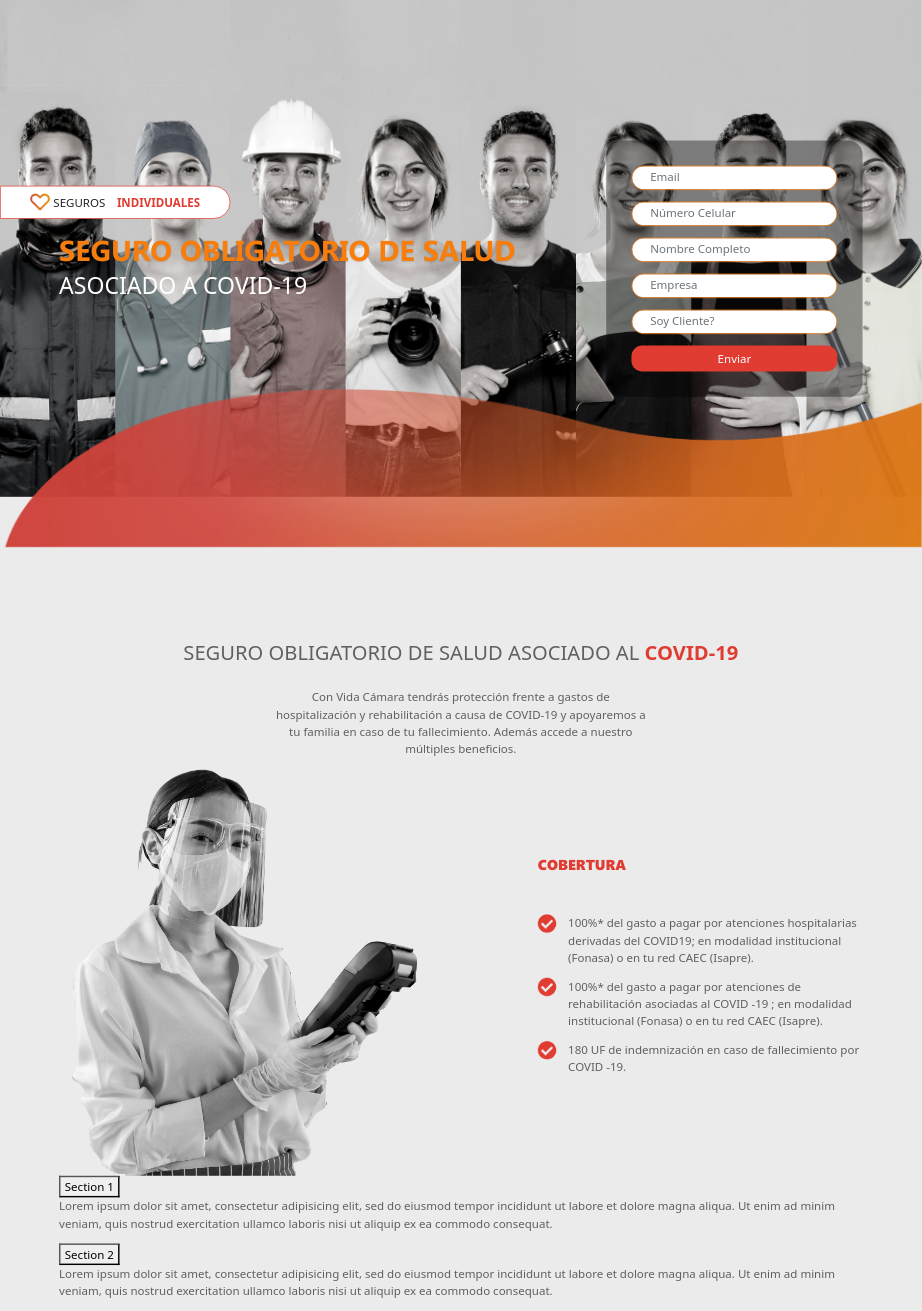
Repository: Darigo30/vidacamara
Page: index.html
An editor plug-in stored every save of this project. The page is shown before and after the next save, followed by the edit.
The browser window is 1280 px wide. The pictures show the whole page, at 72% of full size.
Some web fonts or font styles are not loaded; a fallback is used. Some web libraries are served in a nearby version.

Above is the page before, as saved 2021-07-29 18:28:33.

After the next save:
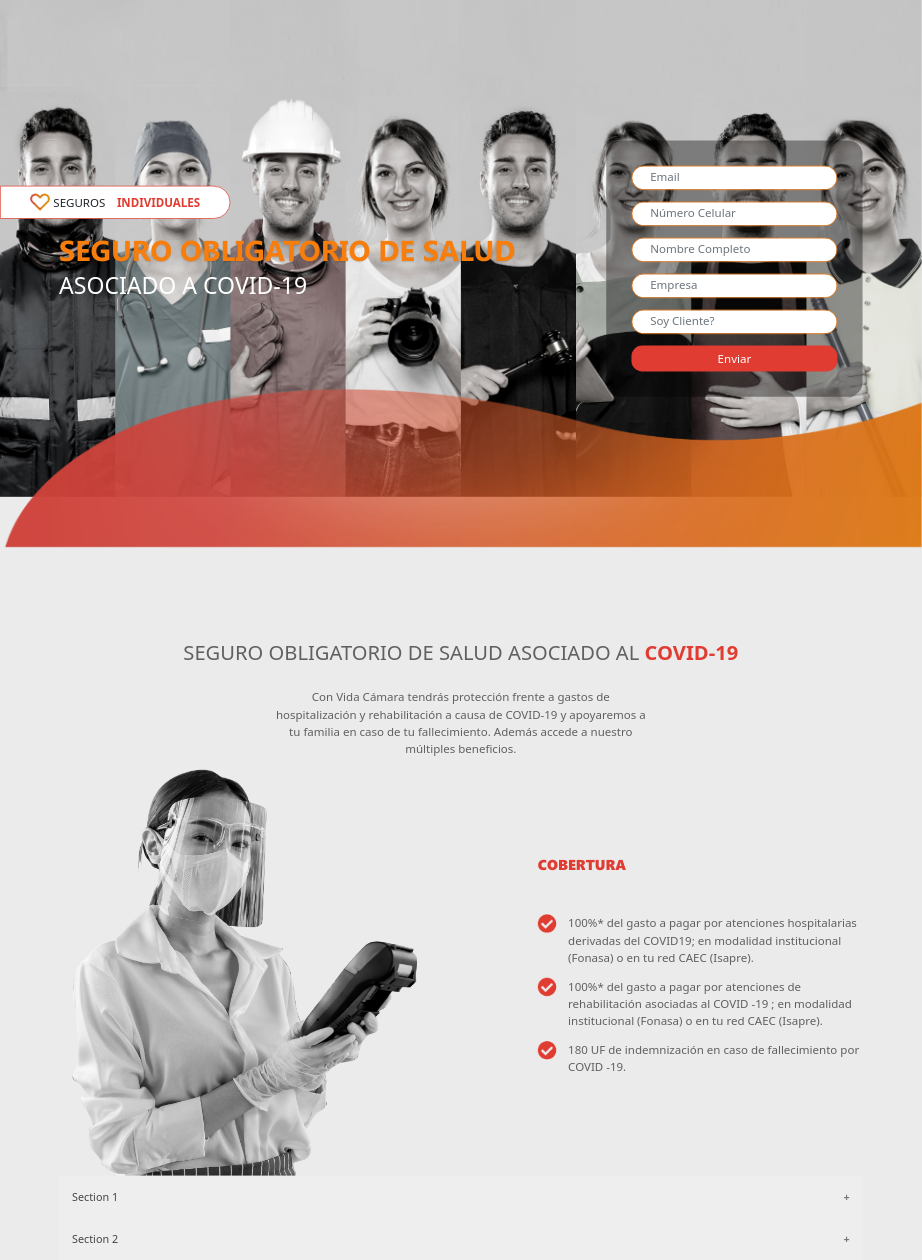
Saved 26 s later.
--- a/css/style.css
+++ b/css/style.css
@@ -148,3 +148,39 @@
 .img-mujer{
     width: 80%;
 }
+.accordion {
+    background-color: #eee;
+    color: #444;
+    cursor: pointer;
+    padding: 18px;
+    width: 100%;
+    border: none;
+    text-align: left;
+    outline: none;
+    font-size: 15px;
+    transition: 0.4s;
+  }
+
+  .active, .accordion:hover {
+    background-color: #ccc;
+  }
+
+  .accordion:after {
+    content: '\002B';
+    color: #777;
+    font-weight: bold;
+    float: right;
+    margin-left: 5px;
+  }
+
+  .active:after {
+    content: "\2212";
+  }
+
+  .panel {
+    padding: 0 18px;
+    background-color: white;
+    max-height: 0;
+    overflow: hidden;
+    transition: max-height 0.2s ease-out;
+  }
